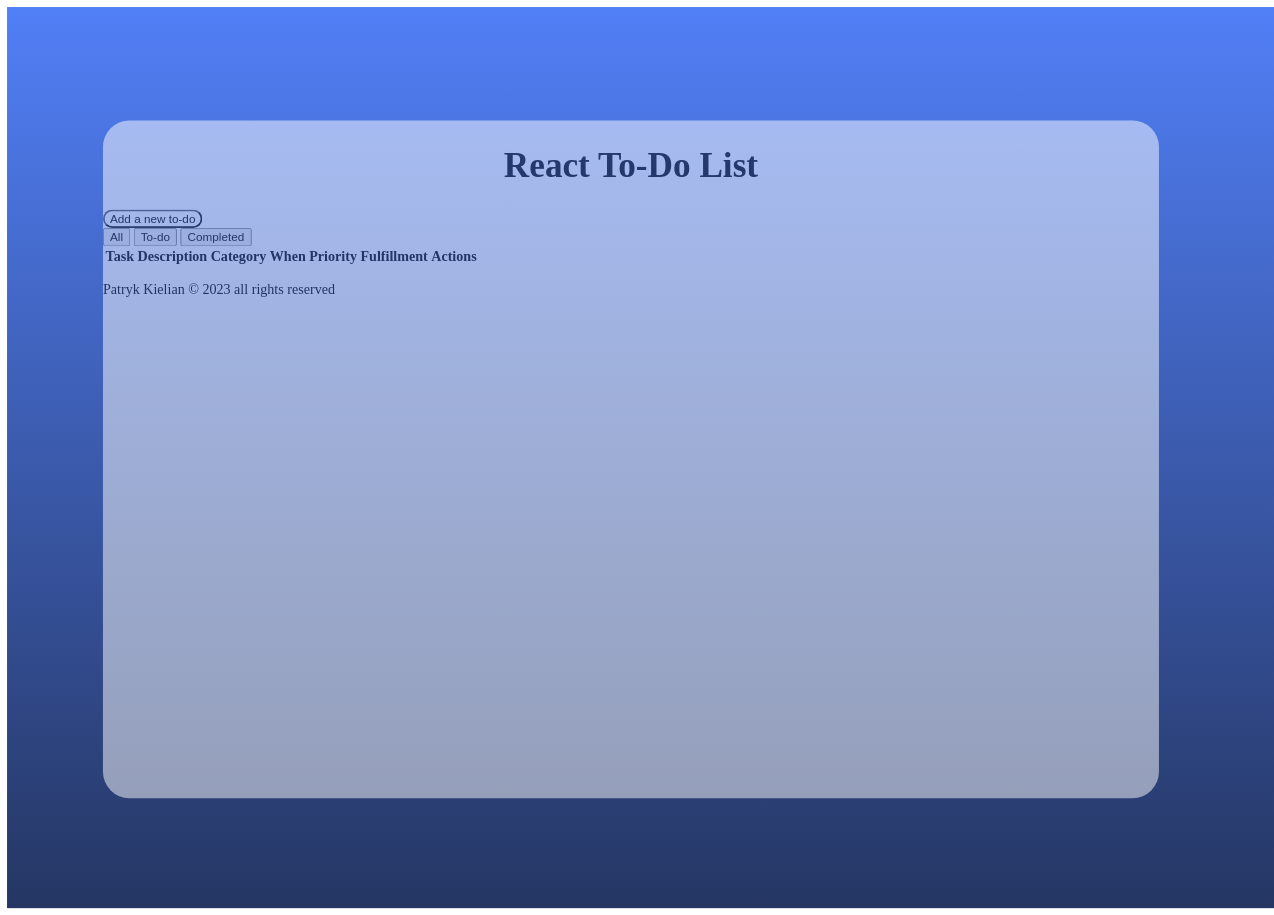
Repository: mirajane2/maquette-todo
Page: index.html
The author's editor kept a copy of each file at every save. The page is drawn from the files as they stood at one save, then again after the next save.
The browser window is 1280 px wide. The page is 1448 px wide, so the pictures cover 1448 px, including what lies to the right of the window. The pictures show the whole page, at 88% of full size.

Above is the page before, as saved 2024-11-13 08:52:22.

After the next save:
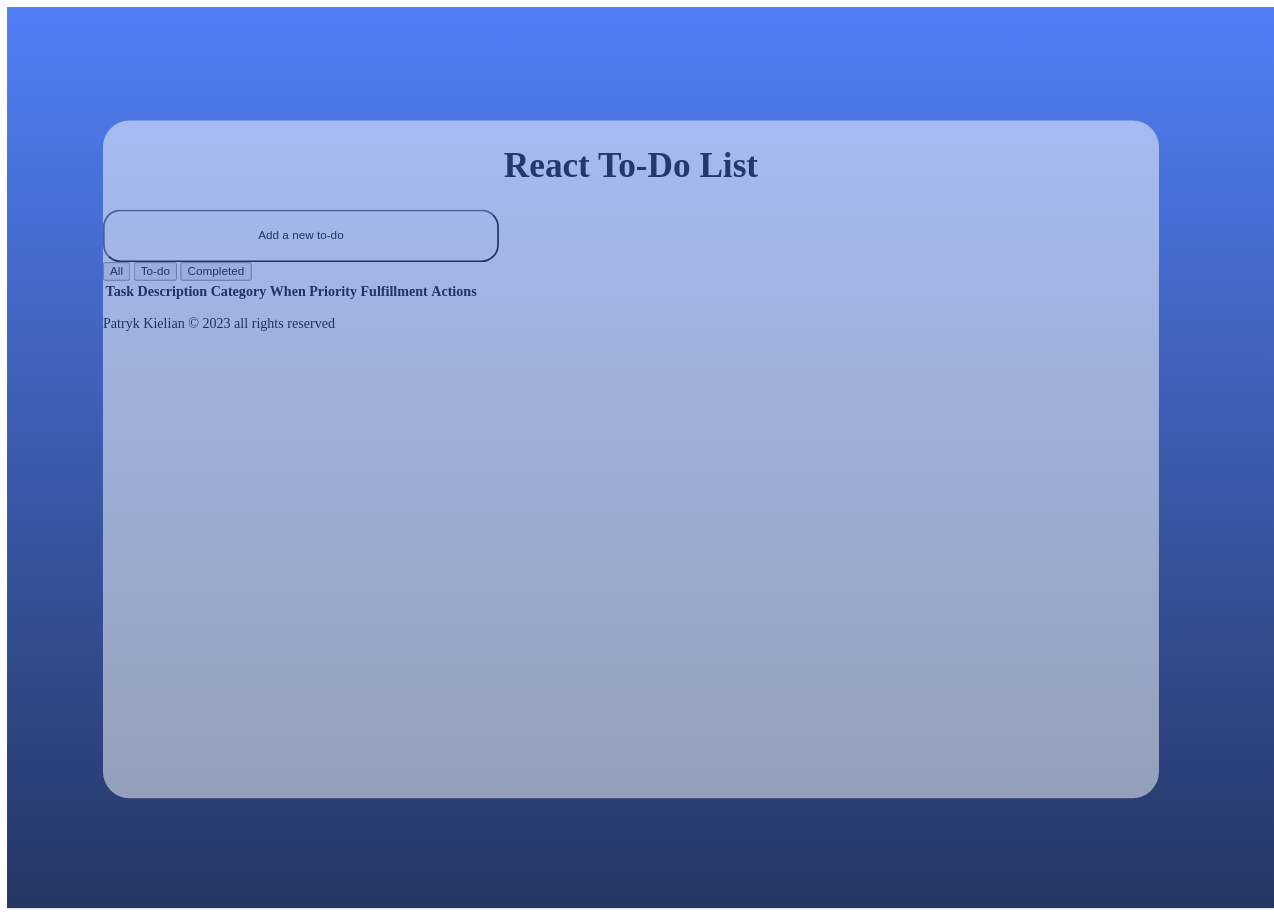
Saved 59 s later.
--- a/index.css
+++ b/index.css
@@ -28,4 +28,6 @@
 .taches {
     background-color: #FFFFFF;
     border-radius: 20px;
+    width: 450px;
+    height: 60px;
 }
